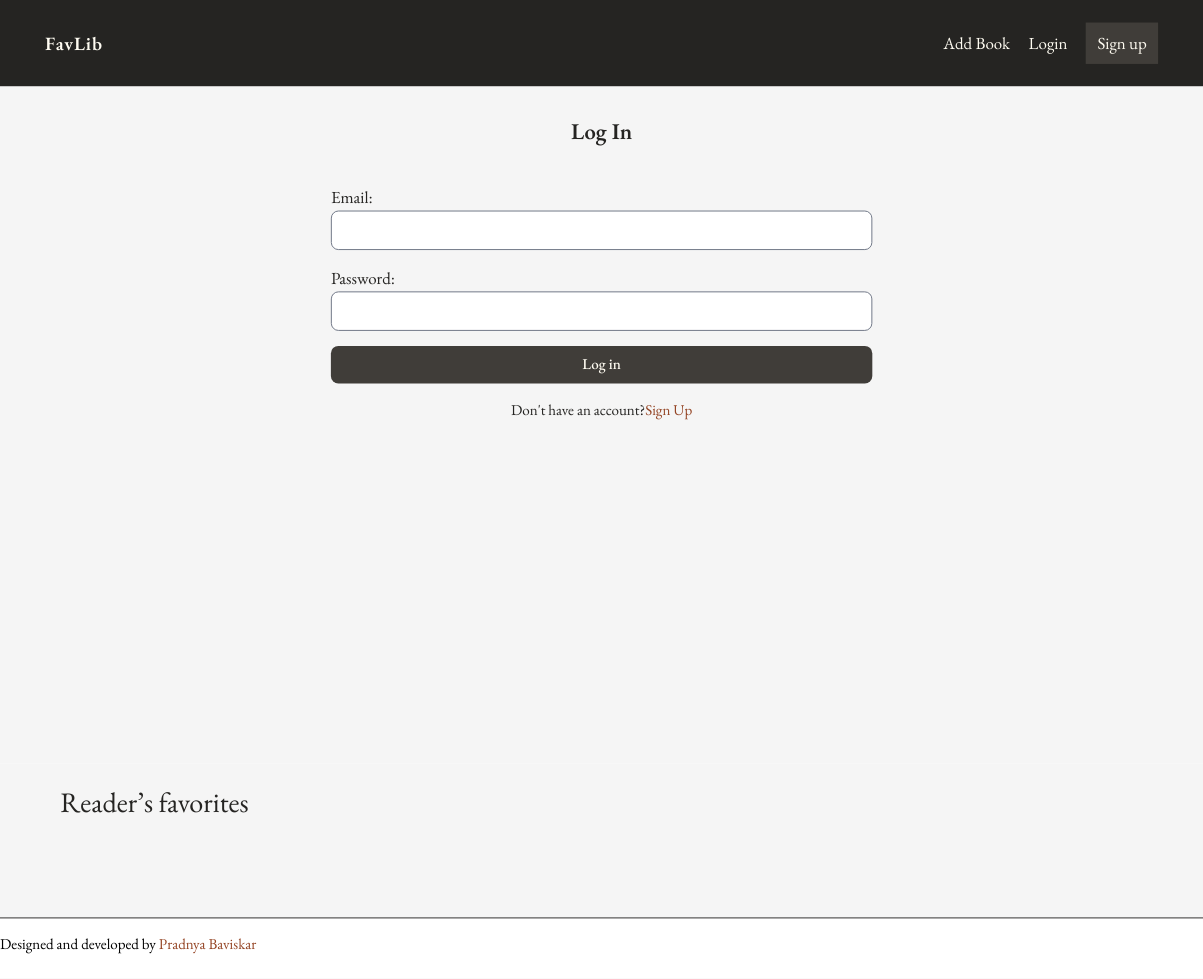
Repository: Pradnya-07/Pradnya-s_Library
Page: /add-book (app in frontend/)
The author's editor kept a copy of each file at every save. The page is drawn from the files as they stood at one save, then again after the next save.
The browser window is 1280 px wide. The pictures show the whole page, at 94% of full size.
The page's requests for data from a server got no answer. The project was rebuilt for these pictures with package versions that can differ from the ones it lists, and the page was loaded fresh each time. No one was signed in, and anything a server would have sent is missing. Also part of the build but not shown: frontend/vite.config.js, frontend/src/components/hero.jsx, frontend/src/pages/homepage.jsx, frontend/src/pages/signup.jsx, frontend/src/pages/addbook.jsx, frontend/src/providers/RedirectUnauthenticatedUsers.jsx, frontend/src/pages/searchpage.jsx, frontend/src/pages/bookpage.jsx and 1 more. Imported but missing from the stored project, and not drawn on this page: frontend/src/assets/bg_video.mp4.

Above is the page before, as saved 2025-03-05 14:06:18.

### frontend/src/main.jsx
import { BrowserRouter } from 'react-router'
import { StrictMode } from 'react'
import { createRoot } from 'react-dom/client'
import './index.css'
import App from './App.jsx'

createRoot(document.getElementById('root')).render(
  <StrictMode>
    <BrowserRouter>
      <App />
      </BrowserRouter>
  </StrictMode>,
)

### frontend/src/index.css
@import url("https://fonts.googleapis.com/css2?family=EB+Garamond:ital,wght@0,400..800;1,400..800&display=swap");

@import "tailwindcss";

* {
    font-family: "EB Garamond", serif;
    font-optical-sizing: auto;
    font-style: normal;
  }

### frontend/src/App.jsx
import { Route, Routes } from "react-router"
import { useState, useEffect } from 'react'
import Homepage from './pages/homepage'
import Loginpage from './pages/login'
import Signuppage from './pages/signup'
import Navbar from "./components/navbar"
import Addbook from "./pages/addbook"
import { Toaster } from "react-hot-toast"
import { useAuthStore } from "./store/authStore";
import RedirectAuthenticatedUser from "./providers/RedirectAuthenticatedUsers"
import RedirectUnauthenticatedUser from "./providers/RedirectUnauthenticatedUsers"
import Footer from "./components/footer"
import SearchPage from "./pages/searchpage"
import BookPage from "./pages/bookpage"
import UpdatePage from "./pages/updatepage"
import BookList from "./components/booklist"

function App() {

  const { fetchUser, fetchingUser } = useAuthStore();

  useEffect(() => {
    fetchUser();
  }, [fetchUser]);

  if (fetchingUser) {
    return <p>Loading...</p>;
  }
  return (
    <>
      <Toaster />
      <Navbar />
      <Routes>
        <Route path={"/"} element={<Homepage />} />
        <Route path={"/login"} element={<RedirectAuthenticatedUser>
          <Loginpage />
        </RedirectAuthenticatedUser>} />
        <Route path={"/signup"} element={<RedirectAuthenticatedUser>
          <Signuppage />
        </RedirectAuthenticatedUser>} />
        <Route path={"/add-book"} element={<RedirectUnauthenticatedUser>
          <Addbook />
        </RedirectUnauthenticatedUser>} />

        <Route path="/search" element={<SearchPage />}/>

        <Route path="/book/:id" element={<BookPage />}/>


        <Route path="/book/:id/update" element={<UpdatePage />}/>

      </Routes>
      <BookList />
      <Footer />
    </>
  )
}

export default App

### frontend/src/pages/login.jsx
import { React } from 'react'
import { useState } from 'react'
import toast from "react-hot-toast";
import { Link, useNavigate } from "react-router";
import { useAuthStore } from "../store/authStore";


const Loginpage = () => {
    const [email, setemail] = useState("");
    const [password, setPassword] = useState("");
    const { login, isLoading, error } = useAuthStore();
    const navigate = useNavigate();

    const handleLogin = async (e) => {
        e.preventDefault();

        try {
            console.log("message in try block: ",login(email, password));
            const { message } = await login(email, password);

            toast.success(message);
            navigate("/");
        } catch (error) {
            console.log(error.message);
            console.log(error.data);
            console.log(error.status);
        }
    }
    return (
        <div className="min-h-screen text-[#252422] bg-[#f5f5f5] px-4 md:px-12">
            <h2 className="text-center font-semibold pt-8 md:text-2xl w-full max-w-xl mx-auto">Log In</h2>

            <form onSubmit={handleLogin}
                className="w-full max-w-xl mx-auto flex flex-col justify-center items-center space-y-4 mt-10">


                <div className="flex flex-col w-full">
                    <label className="md:text-lg">Email:</label>
                    <input type="text"
                        value={email}
                        onChange={(e) => setemail(e.target.value)}
                        className="w-full px-3 py-1.5 md:py-2 text-[#252422] rounded-lg  bg-white border border-gray-500" />
                </div>

                <div className="flex flex-col w-full">
                    <label className="md:text-lg">Password:</label>
                    <input type="password"
                        value={password}
                        onChange={(e) => setPassword(e.target.value)}
                        className="w-full px-3 py-1.5 md:py-2 text-[#252422] rounded-lg  bg-white border border-gray-500" />
                </div>

                {error && <p className="text-red-500">{error}</p>}
                <button type="submit"
                    disabled={isLoading}
                    className="w-full bg-[#403D39] text-[#FFFCF2] py-2 font-medium rounded-lg">

                    {isLoading ? "Please wait..." : "Log in"}
                </button>
                <p>Don't have an account?<Link to={"/signup"} className="text-[#944424]">Sign Up</Link></p>
            </form>


        </div>
    )
}

export default Loginpage

### frontend/src/components/navbar.jsx
import { React } from 'react'
import { Link } from "react-router"
import { useAuthStore } from '../store/authStore'
import toast from 'react-hot-toast';


const Navbar = () => {
    const { user, logout } = useAuthStore();
    console.log("User:", user);

    const handleLogout = async () => {
        const { message } = await logout();
        toast.success(message);
    }
    return (
        <nav className="bg-[#252422] flex justify-between items-center text-[#FFFCF2] px-4 md:px-12 py-4 md:py-6 ">
            <Link to={"/"}>
                <label className="font-semibold tracking-wider md:text-lg lg:text-xl cursor-pointer">FavLib</label>
            </Link>

            {user ? (
                <div className="flex items-center space-x-5 md:text-lg">
                    <Link to={"/add-book"}>
                        <p className="bg-[#403D39] px-3 py-2">Add Book</p>
                    </Link>

                    <p onClick={handleLogout}>Logout({user.username})</p>
                </div>
            ) : (
                <div className="flex items-center space-x-5 md:text-lg">
                    <Link to={"/login"}>Add Book</Link>
                    <Link to={"/login"}>Login</Link>
                    <Link to={"/signup"}>
                        <button className="bg-[#403D39] px-3 py-2">Sign up</button></Link>
                </div>
            )}
        </nav>

    )
}

export default Navbar

### frontend/src/store/authStore.js
import { create } from "zustand";
import axios from "axios";


const API_URL = "http://localhost:4000/api";
axios.defaults.withCredentials = true;

export const useAuthStore = create((set) => ({
    // initial states
    user: null,
    isLoading: false,
    error: null,
    message: null,
    fetchingUser: true,

    //functions

    signup: async (username, email, password) => {
        set({ isLoading: true, message: null, error: null });

        try {
            const response = await axios.post(`${API_URL}/signup`,
                { username, email, password, },
                { headers: { "Content-Type": "application/json" } });

            set({ user: response.data.user, isLoading: false, message: response.data.message });

        } catch (error) {
            console.error("Signup error:", error.response?.data);

            set({
                isLoading: false,
                error: error.response.data.message || "Error signing up.",
            });
            throw error;
        }
    },

    login: async (email, password) => {
        set({ isLoading: true, message: null, error: null });

        try {
            console.log("Sending request with in login function:", { email, password });
            const response = await axios.post(`${API_URL}/login`,
                { email, password });
            const { user, message } = response.data;
            set({ user, isLoading: false, message });
            return { user, message };

        } catch (error) {
            //console.error("Login error:", error.response.data);

            set({
                isLoading: false,
                error: error.response.data.message || "Error Logging in.",
            });
            throw error;
        }
    },


    fetchUser: async () => {
        set({ fetchingUser: true, error: null });

        try {
            const response = await axios.get(`${API_URL}/fetch-user`);

            set({ user: response.data.user, fetchingUser: false });

        } catch (error) {
            set({
                fetchingUser: false,
                error: null,
                user: null,
            });
            throw error;
        }
    },

    logout: async () => {
        set({ isLoading: true, error: null, message: null });
        try {
            const response = await axios.post(`${API_URL}/logout`);

            const { message } = response.data;

            set({ message, isLoading: false, user: null, error: null });

            return { message };
        } catch (error) {
            set({
                isLoading: false,
                error: error.response.data.message || "Error Logging out.",
            });
            throw error;
        }
    }
}));

### frontend/src/providers/RedirectAuthenticatedUsers.jsx
import { useNavigate } from "react-router";
import { useAuthStore } from "../store/authStore";
import { useEffect } from "react";

const RedirectAuthenticatedUser = ({ children }) => {
  const { user } = useAuthStore();
  const navigate = useNavigate();

  useEffect(() => {
    if (user) {
      navigate("/");
    }
  }, [ user, navigate]);

  // Render children only if no user is logged in
  if (user) {
    return null; // Don't render anything while redirecting
  }

  return <>{children}</>;
};

export default RedirectAuthenticatedUser;

### frontend/src/components/footer.jsx
import { Link } from "react-router";
const Footer = () => {
    return (
        <div>
              <h3 className="border-t border-[#252422] pt-4 pb-6 italic">
        Designed and developed by{" "}
        <Link to={"/"} target="_blank" className="text-[#944424]">
          Pradnya Baviskar
        </Link>
      </h3>
        </div>
    )
}

export default Footer;

### frontend/src/components/booklist.jsx

import { Link } from "react-router";
import { useEffect,useState } from "react";
import { useBookStore } from "../store/bookStore";


const BookList = () => {

    const { books, fetchBooks } = useBookStore();

    useEffect(() => {
        fetchBooks();
      }, [fetchBooks]);

      const [liked, setLiked] = useState(false);

      // Toggle like status
      const toggleLike = () => {
          setLiked(!liked);
      };


    return (

        <div className="text-[#252422] bg-[#f5f5f5] px-4 md:px-12 pb-20">
            <h1 className="py-6 text-xl md:text-2xl lg:text-3xl w-full mx-auto max-w-6xl">
                Reader&rsquo;s favorites
            </h1>

            <div className="flex flex-wrap justify-around space-x-2 gap-y-5 lg:gap-y-8 w-full max-w-6xl mx-auto">
                {books.map((book, index) => (
                    <Link key={index} to={`/book/${book._id}`}>
                        <div className="cursor-pointer w-[9rem] md:w-[10.5rem] xl:w-[11rem] shadow-sm hover:shadow-md rounded-b-md">
                            <div className="min-w-[9rem] md:min-w-[10.5rem] xl:min-w-[11rem] h-[12rem] md:h-[13.5rem] lg:h-[13rem] xl:h-[15rem] bg-[#252422]">
                                <img
                                    src={book.image}
                                    alt="book_img"
                                    className="min-w-[9rem] md:min-w-[10.5rem] xl:min-w-[11rem] h-[12rem] md:h-[13.5rem] lg:h-[13rem] xl:h-[15rem] object-cover object-center"
                                />
                            </div>

                            <div className="p-2 flex flex-col">
                                <h2 className="flex-1 mb-2 font-semibold text-base md:text-lg">
                                    {book.title}
                                </h2>
                                <p className="text-sm md:text-base">{book.author}</p>
                            </div>
                            <button
            onClick={toggleLike}
            className={`like-button ${liked ? 'liked' : ''}`}
        >
            {liked ? '❤️ Liked' : '♡ Like'}
        </button>
                        </div>
                    </Link>
                ))}
            </div>
        </div>
    )
}

export default BookList;

### frontend/src/store/bookStore.js
import { create } from "zustand";
import axios from "axios";


const API_URL = "http://localhost:4000/api";
axios.defaults.withCredentials = true;

export const useBookStore = create((set) => ({
    // initial states
    book: null,
    books: [],
    isLoading: false,
    error: null,
    message: null,

    //functions

    addBook: async (image, title, subtitle, author, link, review) => {
        set({ isLoading: true, error: null, message: null })

        try {
            const response = await axios.post(`${API_URL}/add-book`, {
                image,
                title,
                subtitle,
                author,
                link,
                review,
            });

            const { message, book } = response.data;

            set({ book, message, isLoading: false });

            return { message, book };
        } catch (error) {
            set({
                isLoading: false,
                error: error.response.data.message || "Error adding book.",
            });
            throw error;
        }
    },

    fetchBooks: async () => {
        set({ isLoading: true, error: null });
        try {
            const response = await axios.get(`${API_URL}/fetch-books`);

            set({ books: response.data.books, isLoading: false });
        } catch (error) {
            set({
                isLoading: false,
                error: error.response.data.message || "Error fetching books.",
            });
            throw error;
        }
    },

    searchBooks: async (searchTerm) => {
        set({ isLoading: true, error: null });

        try {
          const response = await axios.get(`${API_URL}/search?${searchTerm}`);

          set({ books: response.data.books, isLoading: false });
        } catch (error) {
          set({
            isLoading: false,
            error: error.response.data.message || "Error fetching book.",
          });
          throw error;
        }
      },

      fetchBook: async (id) => {
        set({ isLoading: true, error: null });

        try {
          const response = await axios.get(`${API_URL}/fetch-book/${id}`);

          set({ book: response.data.book, isLoading: false });
        } catch (error) {
          set({
            isLoading: false,
            error: error.response.data.message || "Error fetching book.",
          });
          throw error;
        }
      },

      deleteBook: async (id) => {
        set({ isLoading: true, error: null, message: null });
        try {
          const response = await axios.delete(`${API_URL}/delete-book/${id}`);
          const { message } = response.data;

          set({ message, isLoading: false });
          return { message };
        } catch (error) {
          set({
            isLoading: false,
            error: error.response.data.message || "Error deleting book.",
          });
          throw error;
        }
      },

      updateBook: async (id, image, title, subtitle, author, link, review) => {
        set({ isLoading: true, error: null, message: null });

        try {

          const response = await axios.post(`${API_URL}/update-book/${id}`, {
            image,
            title,
            subtitle,
            author,
            link,
            review,
          });

          const { message, book } = response.data;

          set({ book, message, isLoading: false });

          return { message, book };
        } catch (error) {
          set({
            isLoading: false,
            error: error.response.data.message || "Error updating book.",
          });
          throw error;
        }
      },



}));

### frontend/src/components/likebutton.jsx
import { useState } from "react";


const LikeButton = () => {

    const [liked, setLiked] = useState(false);

    // Toggle like status
    const toggleLike = () => {
        setLiked(!liked);
    };

    return (
        <div>

            <button
                onClick={toggleLike}
                className={`like-button ${liked ? 'liked' : ''}`}
            >
                {liked ? '❤️ Liked' : '♡ Like'}
            </button>
        </div>

    )
}

export default LikeButton;

Loaded but not shown: frontend/index.html (common file)

After the next save:
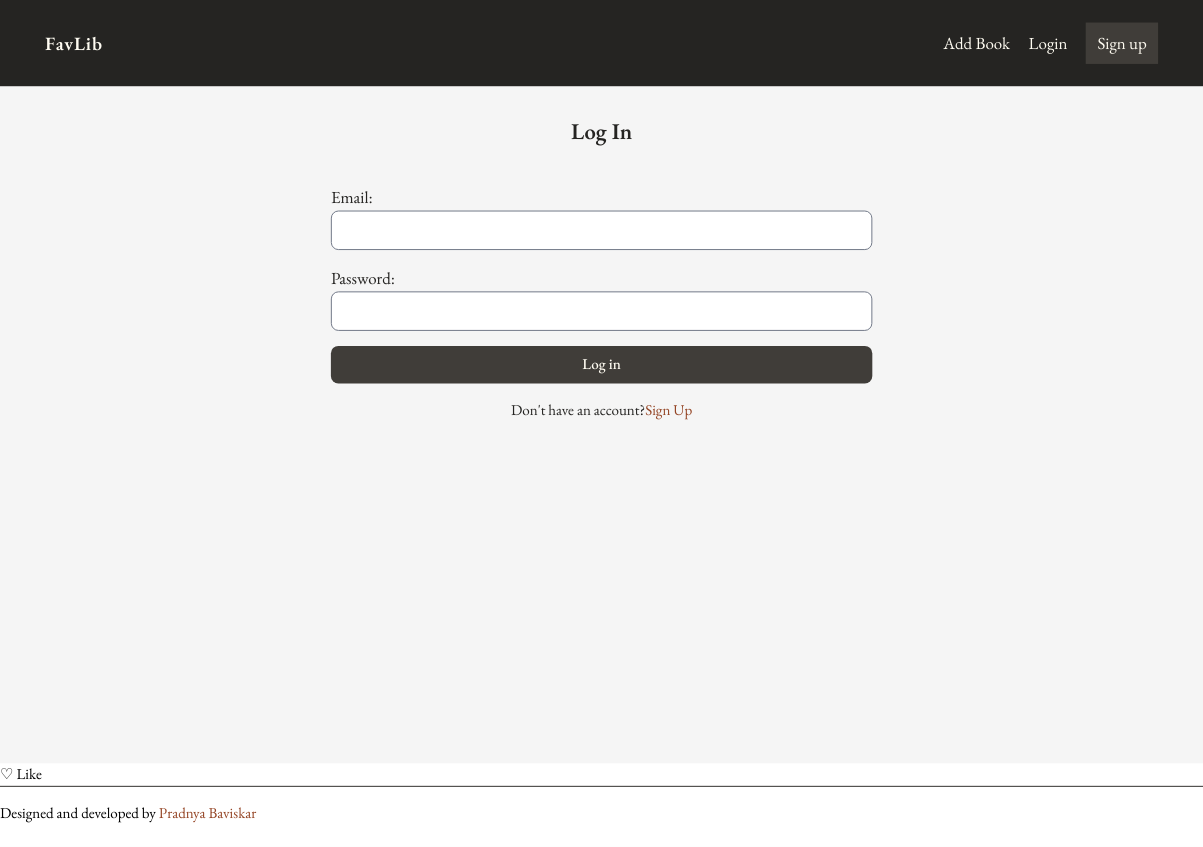
Saved 31 s later.
--- a/frontend/src/App.jsx
+++ b/frontend/src/App.jsx
@@ -13,7 +13,7 @@
 import SearchPage from "./pages/searchpage"
 import BookPage from "./pages/bookpage"
 import UpdatePage from "./pages/updatepage"
-import BookList from "./components/booklist"
+import LikeButton from "./components/likebutton"
 
 function App() {
 
@@ -50,7 +50,7 @@
         <Route path="/book/:id/update" element={<UpdatePage />}/>
 
       </Routes>
-      <BookList />
+      <LikeButton/>
       <Footer />
     </>
   )
